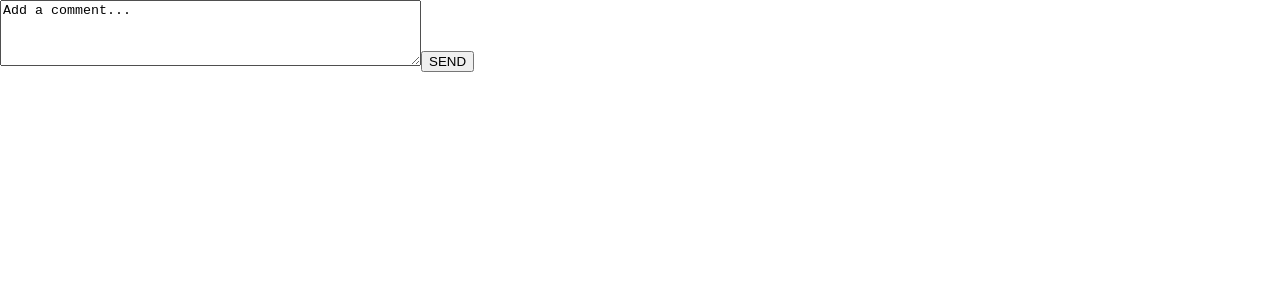
Repository: badhon252/interactive-comments-section
Page: /
The author's editor kept a copy of each file at every save. The page is drawn from the files as they stood at one save, then again after the next save.
The browser window is 1280 px wide. The pictures show the whole page.
The project was rebuilt for these pictures with package versions that can differ from the ones it lists, and the page was loaded fresh each time.

Above is the page before, as saved 2022-01-27 19:23:51.

After the next save:
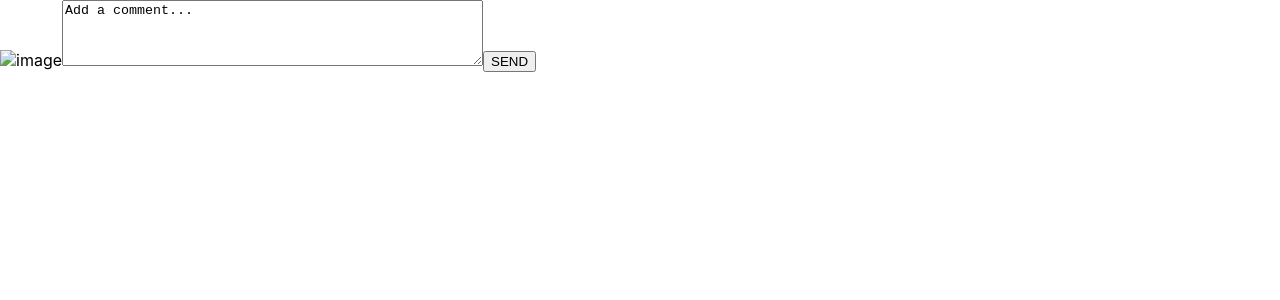
Saved 8 s later.
--- a/src/components/Comments.js
+++ b/src/components/Comments.js
@@ -5,7 +5,7 @@ export default function Comments() {
     <div>
       <div className="comment-section">
         <form action="">
-          <img src="" alt="" />
+          <img src="" alt="image" />
           <textarea name="" id="" rows="4" cols="50">
             Add a comment...
           </textarea>
